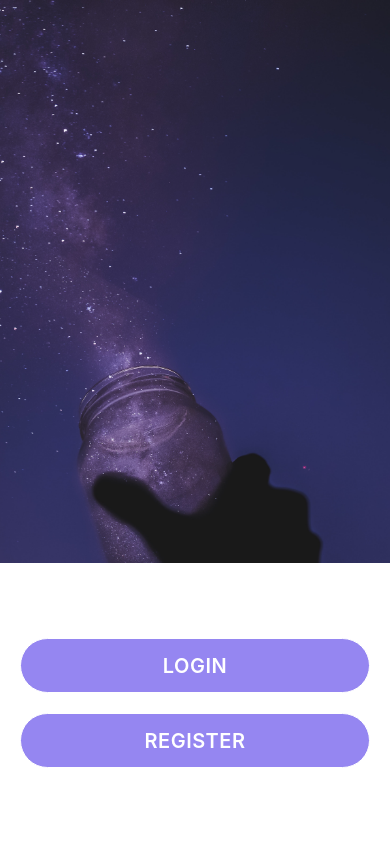
Repository: farrelmuhammad/project-react-native
Screen: /
The author's editor kept a copy of each file at every save. The screen is drawn from the files as they stood at one save, then again after the next save.
The app was drawn by React Native's web renderer in a window 390 px wide. The project was rebuilt for these pictures with package versions that can differ from the ones it lists, and the page was loaded fresh each time.

Above is the screen before, as saved 2023-01-09 12:01:40.

### App.js
import { StatusBar } from 'expo-status-bar';
import styles from './styles'
import Svg, { Image } from 'react-native-svg';
import { Dimensions, StyleSheet, Text, View } from 'react-native';

export default function App() {
  const { height, width } = Dimensions.get('window');

  return (
    <View style={styles.container}>
      <View style={StyleSheet.absoluteFill}>
        <Svg height={height} width={width}>
          <Image
            href={require('./assets/login-background.jpg')}
            width={width}
            height={height}
            preserveAspectRatio="xMidYMid slice"
          />
        </Svg>
        <View style={styles.buttonContainer}>
          <View style={styles.button}>
            <Text style={styles.buttonText}>LOGIN</Text>
          </View>
          <View style={styles.button}>
            <Text style={styles.buttonText}>REGISTER</Text>
          </View>
        </View>
      </View>
    </View>
  );
}

### styles.js
import { StyleSheet, Dimensions } from 'react-native';

const { height, width } = Dimensions.get('window');

const styles = StyleSheet.create({
    container: {
        flex: 1,
        justifyContent: 'flex-end',
    },
    button: {
        backgroundColor: 'rgba(123, 104, 238, 0.8)',
        height: 55,
        alignItems: 'center',
        justifyContent: 'center',
        borderRadius: 35,
        marginHorizontal: 20,
        marginVertical: 10,
        borderWidth: 1,
        borderColor: 'white'
    },
    buttonText: {
        fontSize: 20,
        fontWeight: '600',
        color: 'white',
        letterSpacing: 0.5
    },
    buttonContainer: {
        justifyContent: 'center',
        height: height / 3,

    }
});

export default styles;

After the next save:
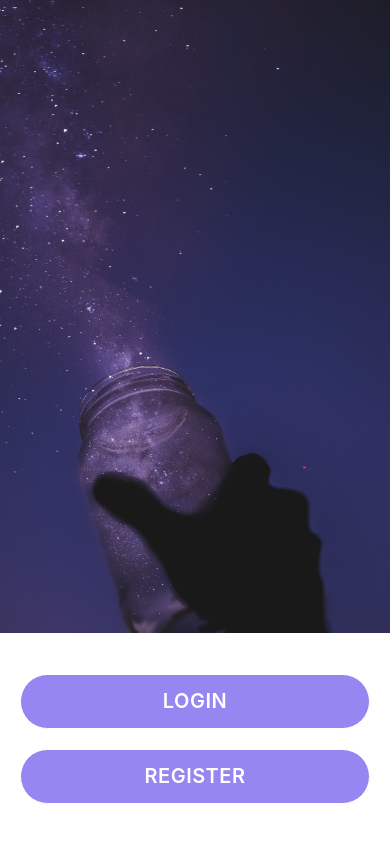
Saved 5 s later.
--- a/styles.js
+++ b/styles.js
@@ -26,7 +26,7 @@
     },
     buttonContainer: {
         justifyContent: 'center',
-        height: height / 3,
+        height: height / 4,
 
     }
 });

After the save that followed:
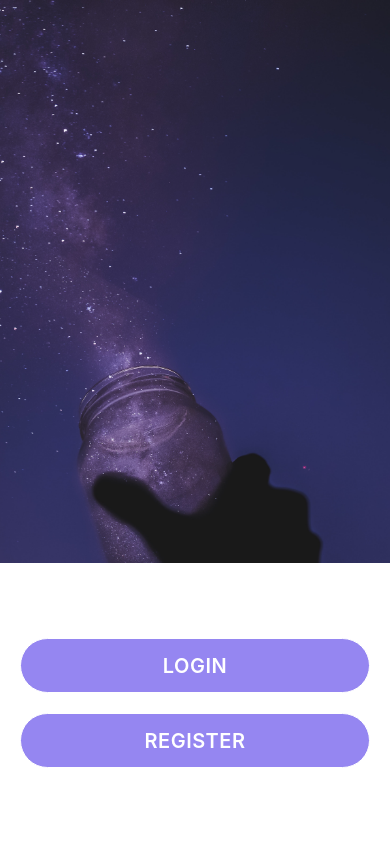
Saved 7 s later.
--- a/styles.js
+++ b/styles.js
@@ -26,7 +26,7 @@
     },
     buttonContainer: {
         justifyContent: 'center',
-        height: height / 4,
+        height: height / 3,
 
     }
 });
